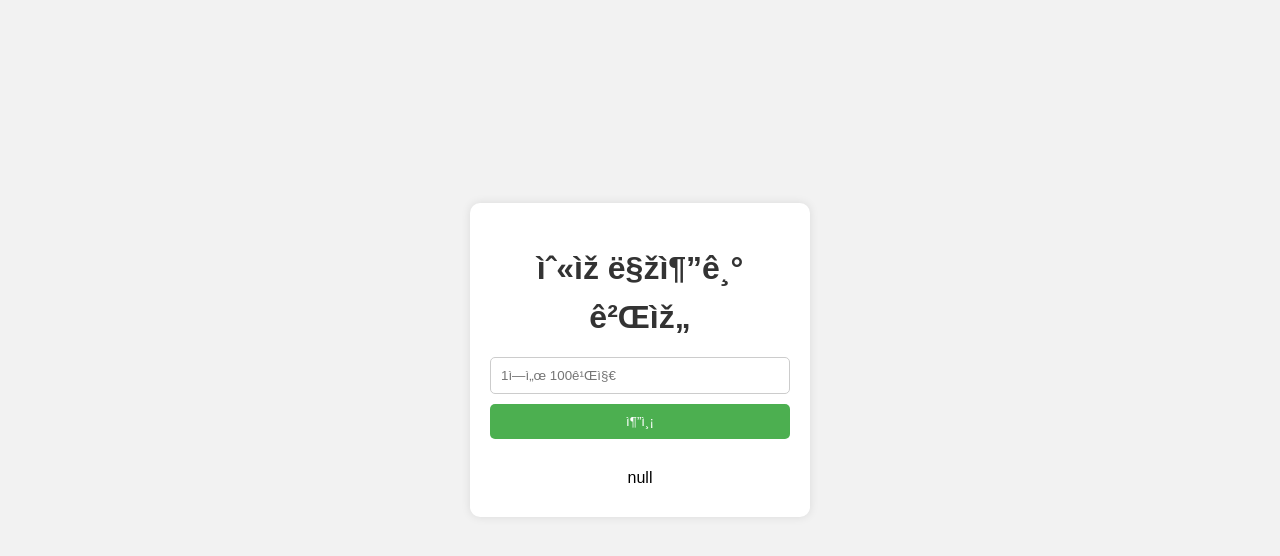
Repository: ksw824/MiniProject_SelectGame
Page: http://localhost/jwbook/miniProject/numberGuess.jsp
These files come from the project's save history. The page is drawn as it stood at one moment and after the next save; the edit follows.
The browser window is 1280 px wide. The pictures show the whole page.
The page is served by Tomcat 10.

Above is the page before, as saved 2024-05-31 02:56:38.

After the next save:
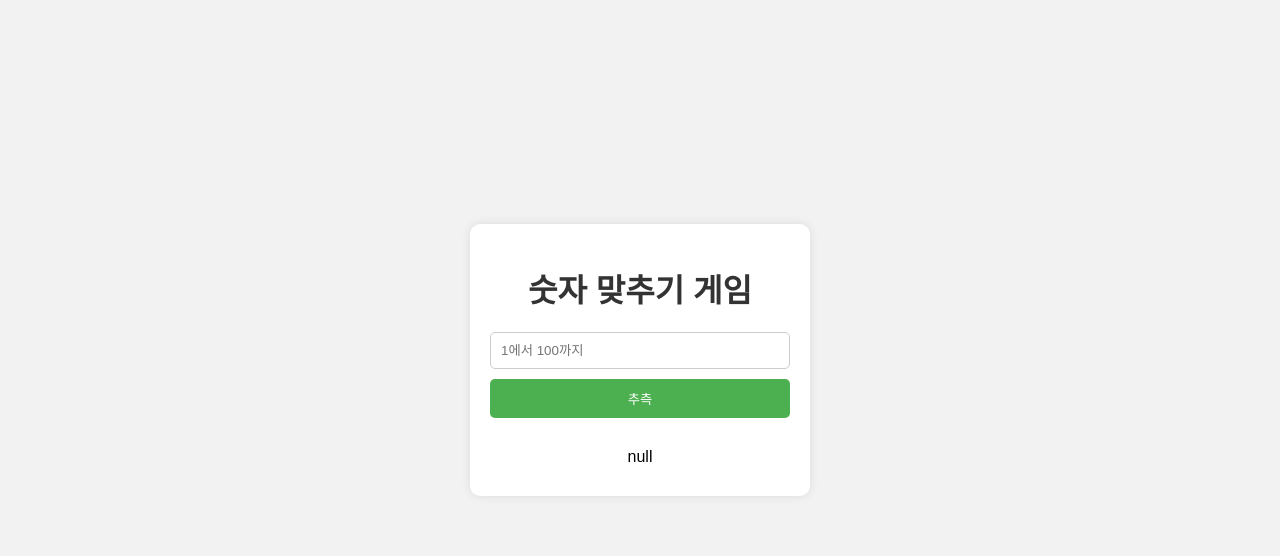
Saved 83 s later.
--- a/jwbook/src/main/webapp/miniProject/numberGuess.jsp
+++ b/jwbook/src/main/webapp/miniProject/numberGuess.jsp
@@ -1,5 +1,6 @@
+<%@ page contentType="text/html; charset=UTF-8" pageEncoding="UTF-8"%>
 <!DOCTYPE html>
-<html>
+<html lang="ko">
 <head>
     <meta charset="UTF-8">
     <title>숫자 맞추기 게임</title>
